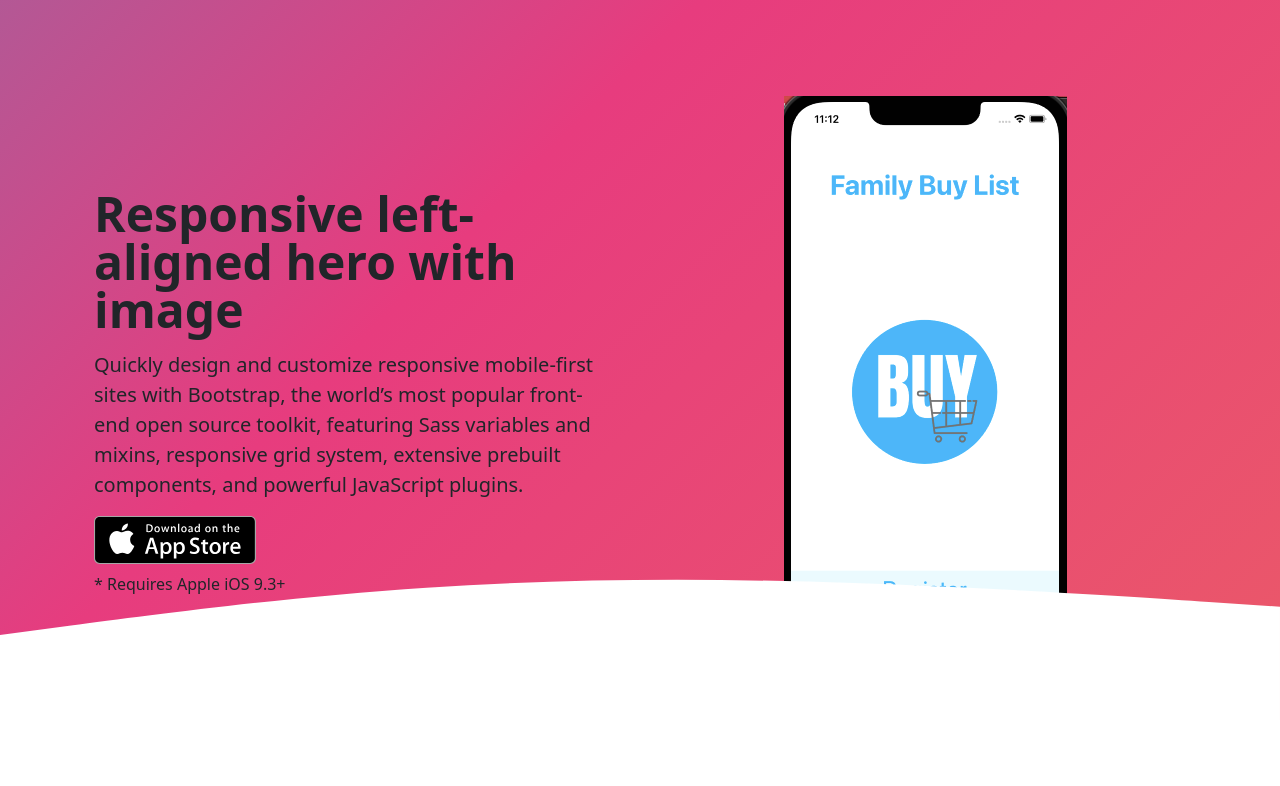
Repository: lyutok/iOS
Page: Billequal_landpage/index.html
An editor plug-in stored every save of this project. The page is shown before and after the next save, followed by the edit.
The browser window is 1280 px wide. The pictures show the whole page.

Above is the page before, as saved 2025-10-16 14:50:25.

After the next save:
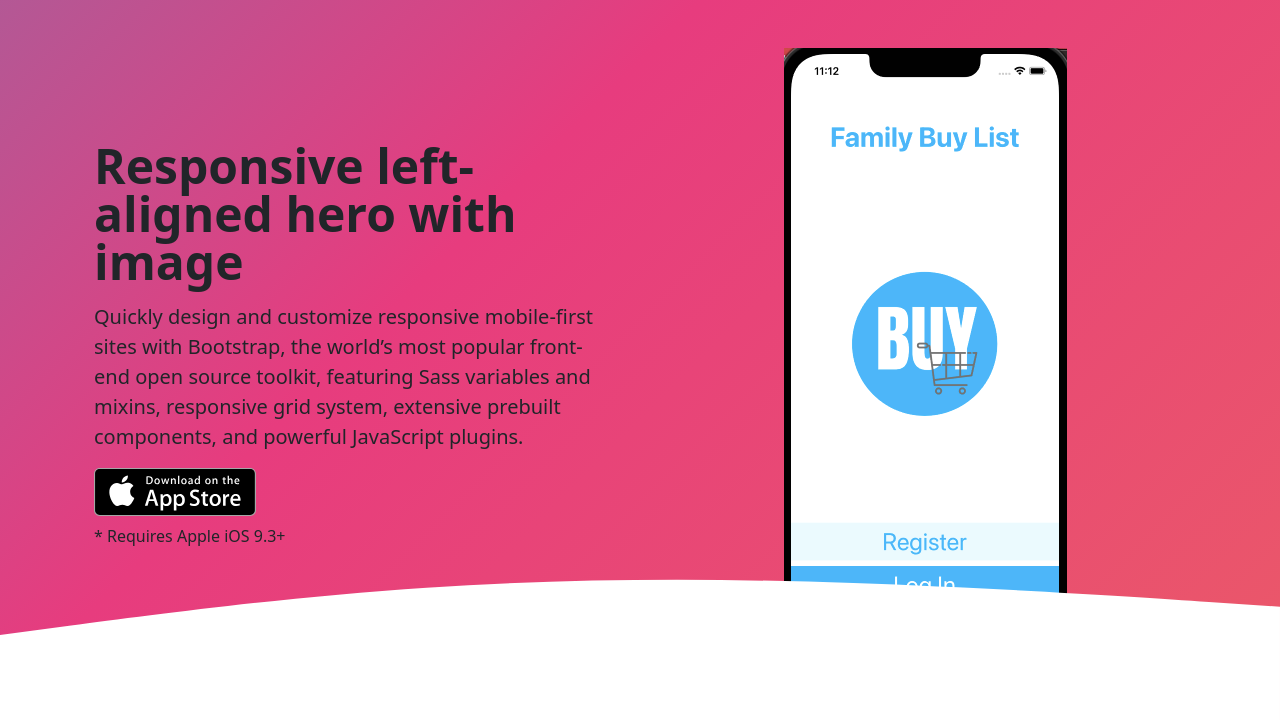
Saved 7 min 47 s later.
--- a/Billequal_landpage/index.html
+++ b/Billequal_landpage/index.html
@@ -13,7 +13,7 @@
 
   <section id="main" class="gradient-background">
     <div class="container col-xxl-8 px-4 py-5">
-      <div class="row flex-lg-row-reverse align-items-center g-5 py-5">
+      <div class="row flex-lg-row-reverse align-items-center g-5 py-20">
         <div class="col-10 col-sm-8 col-lg-6">
           <img src="./images/BuyList2.png" class="d-block mx-lg-auto img-fluid" alt="billequal screenshot" height="200" loading="lazy">
         </div>

After the 3 saves that followed:
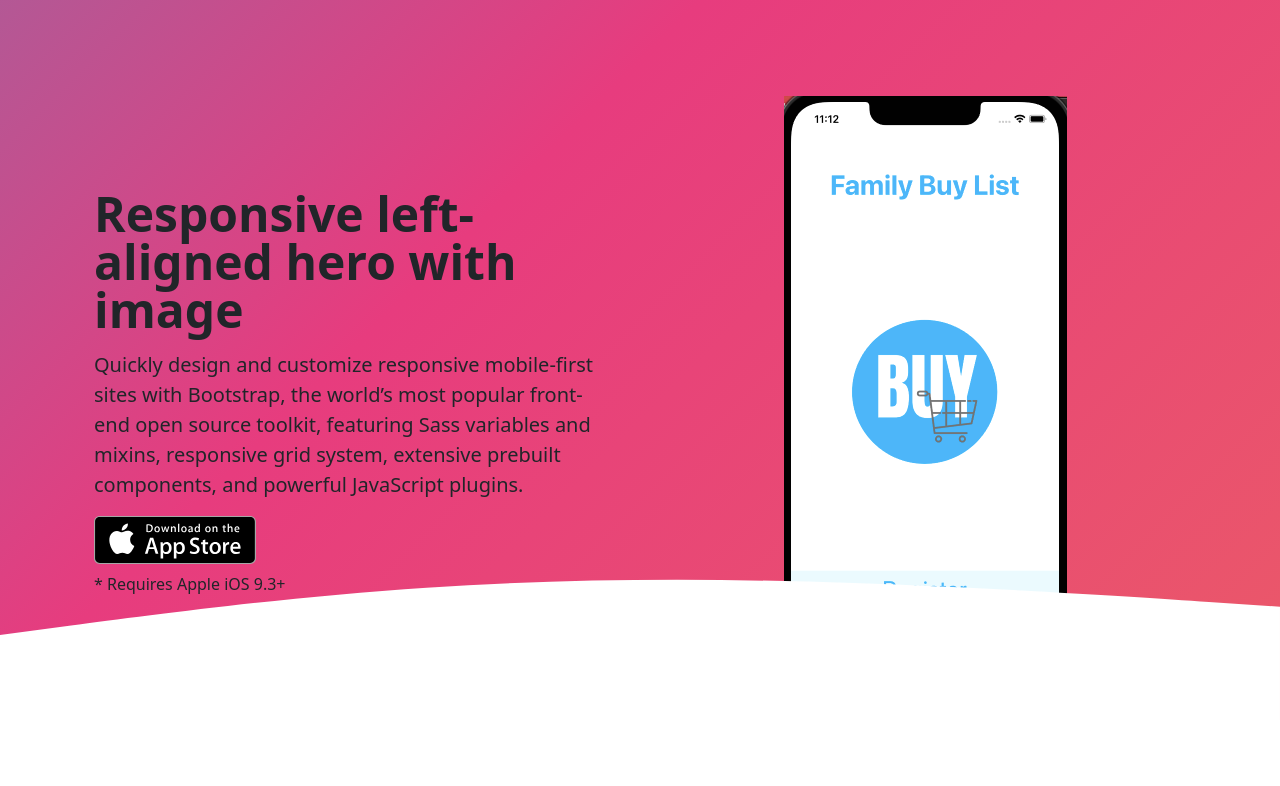
The 3 saves are shown as one change because 2 left the picture as it was.
The last was saved 46 s later.
--- a/Billequal_landpage/index.html
+++ b/Billequal_landpage/index.html
@@ -13,7 +13,7 @@
 
   <section id="main" class="gradient-background">
     <div class="container col-xxl-8 px-4 py-5">
-      <div class="row flex-lg-row-reverse align-items-center g-5 py-20">
+      <div class="row flex-lg-row-reverse align-items-center g-5 py-5">
         <div class="col-10 col-sm-8 col-lg-6">
           <img src="./images/BuyList2.png" class="d-block mx-lg-auto img-fluid" alt="billequal screenshot" height="200" loading="lazy">
         </div>
